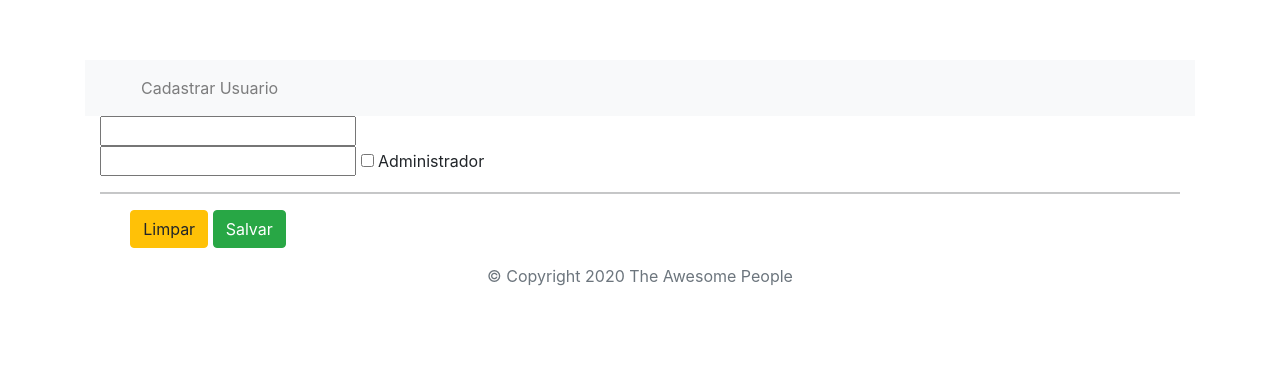
Repository: ClaytonEduard/cartaodeponto
Page: http://localhost/
These files come from the project's save history. The page is drawn as it stood at one moment and after a run of saves; the edit follows.
The browser window is 1280 px wide. The pictures show the whole page.
Some web libraries are served in a nearby version. The page is served by the project's Node server (app.js). Other server files are loaded and not shown.

Above is the page before, as saved 2022-04-11 17:51:09.

### views/cadusuario.ejs
<!DOCTYPE html>
<html lang="pt-br">

<head>
    <meta charset="UTF-8" />

    <meta http-equiv="X-UA-Compatible" content="IE=edge" />
    <meta name="viewport" content="width=device-width, initial-scale=1" />
    <link rel="stylesheet" href="/css/bootstrap.css" />

    <%- include('../views/partials/head.ejs');%>
</head>

<body class="container">
    <header>
        <%- include('../views/partials/header.ejs'); %>
    </header>
    <div class="container">
        <form action="/" method="POST">
            <input type="number" id="matricula" name="matricula" />
            <br>
            <input type="password" id="senha" name="senha" />

            <input type="checkbox" name="eAdmin" value="1" />
            <label class="form-check-label" for="eAdmin ">Administrador</label>

            <hr />
            <div class="mb-3 button" style="margin-left: 8mm">
                <button class="btn btn-warning" type="reset ">Limpar</button>
                <button class="btn btn-success" type="submit ">Salvar</button>
            </div>
        </form>
    </div>

    <script src="https://cdn.jsdelivr.net/npm/@popperjs/core@2.10.2/dist/umd/popper.min.js " integrity="sha384-7+zCNj/IqJ95wo16oMtfsKbZ9ccEh31eOz1HGyDuCQ6wgnyJNSYdrPa03rtR1zdB " crossorigin="anonymous "></script>
    <script src="https://cdn.jsdelivr.net/npm/bootstrap@5.1.3/dist/js/bootstrap.min.js " integrity="sha384-QJHtvGhmr9XOIpI6YVutG+2QOK9T+ZnN4kzFN1RtK3zEFEIsxhlmWl5/YESvpZ13 " crossorigin="anonymous "></script>
    <script src="/js/bootstrap.js "></script>

    <footer>
        <%- include('../views/partials/footer.ejs'); %>
    </footer>
</body>

</html>

### views/partials/head.ejs
<meta charset="UTF-8">
<title>EJS Is Fun</title>

<!-- CSS (load bootstrap from a CDN) -->
<link rel="stylesheet" href="https://cdnjs.cloudflare.com/ajax/libs/twitter-bootstrap/4.5.2/css/bootstrap.min.css">
<style>
    body { padding-top:60px; }
</style>

### views/partials/header.ejs
<nav class="navbar navbar-expand-lg navbar-light bg-light">
    <a class="navbar-brand" href="/"></a>
    <ul class="navbar-nav mr-auto">
        <li class="nav-item">
            <a class="nav-link" href="/"></a>
        </li>
        <li class="nav-item">
            <a class="nav-link" href="">Cadastrar Usuario</a>
        </li>
    </ul>
</nav>

### views/partials/footer.ejs
<p class="text-center text-muted">© Copyright 2020 The Awesome People</p>

### app.js
// iniciando o servidor
const express = require("express");
const app = express();
const mongoose = require("mongoose");



//definido a rota do css
app.use("static", express.static("public"));

app.use(express.urlencoded({ extends: false }))

//Mongoose conexao com o banco de dados
mongoose.connect("mongodb://localhost/cartaoponto")
    .then(() => {
        console.log("Conectado ao mongo");
    })
    .catch((err) => {
        console.log("Erro ao se conectar:" + err);
    });

//setando a extensão ejs
app.set("view engine", "ejs");

//chamando o model de usuarios
const Usuario = require("./models/Usuario")

//metodo get
app.get("/", (req, res) => {
    res.render("cadusuario");
});

app.post('/', async(req, res) => {
    const usuario = new Usuario({
        matricula: req.body.matricula,
        senha: req.body.senha,
        eAdmin: req.body.eAdmin
    })
    console.log(usuario.matricula + " " + usuario.senha + ' ' + usuario.eAdmin)
})

app.listen(8080, () => console.log("Servidor online"));

Loaded but not shown: public/css/bootstrap.css (library); public/js/bootstrap.js (library)

After the next 5 saves:
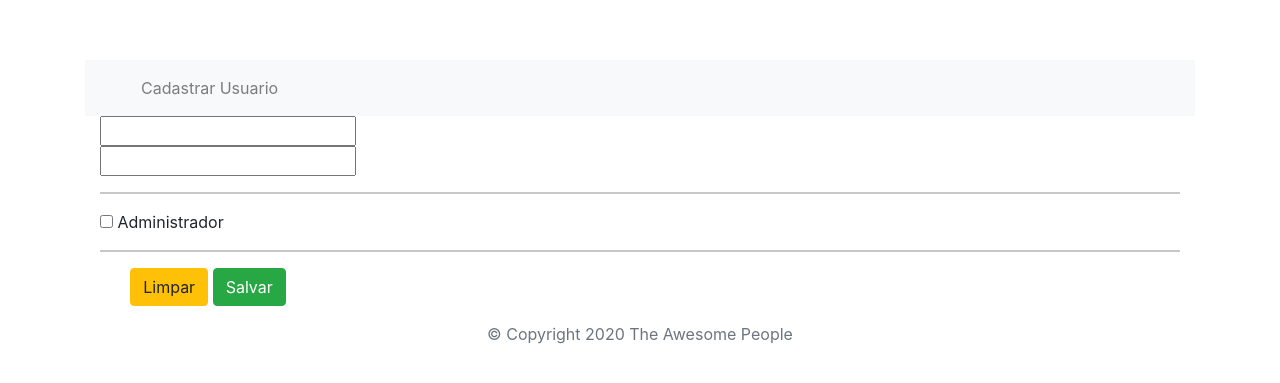
The 5 saves are shown as one change because they came seconds apart.
The last was saved 17 s later.
--- a/views/cadusuario.ejs
+++ b/views/cadusuario.ejs
@@ -18,9 +18,9 @@
     <div class="container">
         <form action="/" method="POST">
             <input type="number" id="matricula" name="matricula" />
-            <br>
+            <br />
             <input type="password" id="senha" name="senha" />
-
+            <hr />
             <input type="checkbox" name="eAdmin" value="1" />
             <label class="form-check-label" for="eAdmin ">Administrador</label>
 
